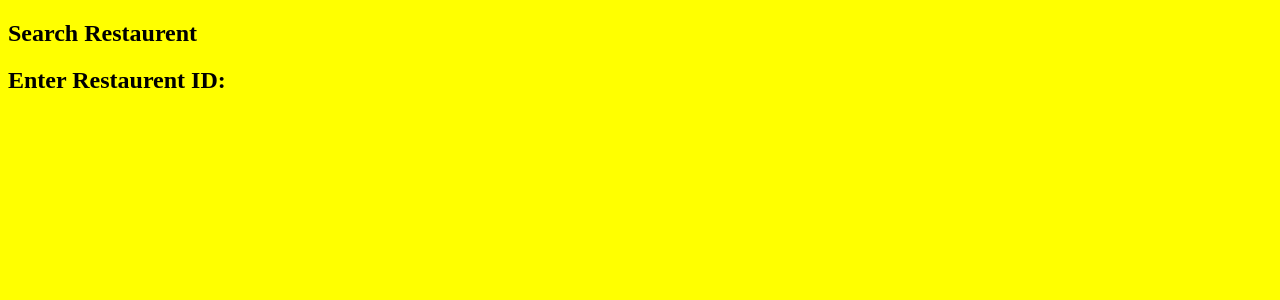
Repository: AkshayBorate/webJava
Page: web_projectservlet/src/main/webapp/search_restaurant.html
The author's editor kept a copy of each file at every save. The page is drawn from the files as they stood at one save, then again after the next save.
The browser window is 1280 px wide. The pictures show the whole page.

Above is the page before, as saved 2024-11-28 10:13:33.

### web_projectservlet/src/main/webapp/search_restaurant.html
<!DOCTYPE html>
<html>

<body bgcolor="yellow">
<h2>Search Restaurent</h2>
<form action="search" method="post">
<h2>Enter Restaurent ID:</h2>
</form>
</body>
</html>

After the next save:
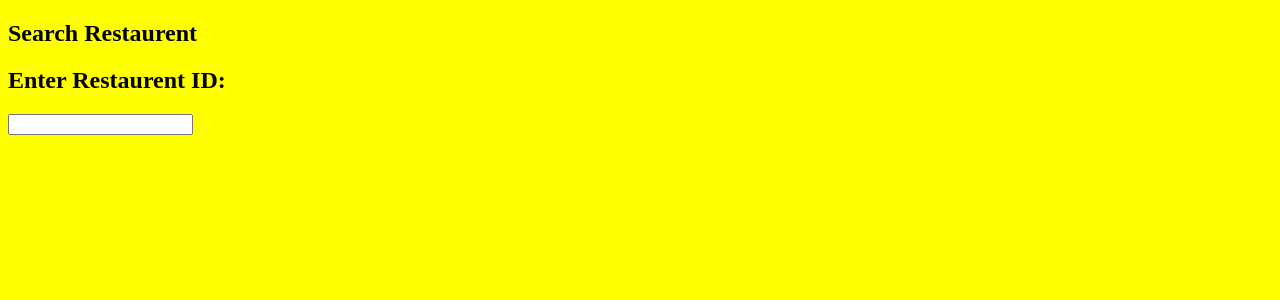
Saved 51 s later.
--- a/web_projectservlet/src/main/webapp/search_restaurant.html
+++ b/web_projectservlet/src/main/webapp/search_restaurant.html
@@ -5,6 +5,7 @@
 <h2>Search Restaurent</h2>
 <form action="search" method="post">
 <h2>Enter Restaurent ID:</h2>
+<input type="text"  name="r_id"/>
 </form>
 </body>
 </html>
